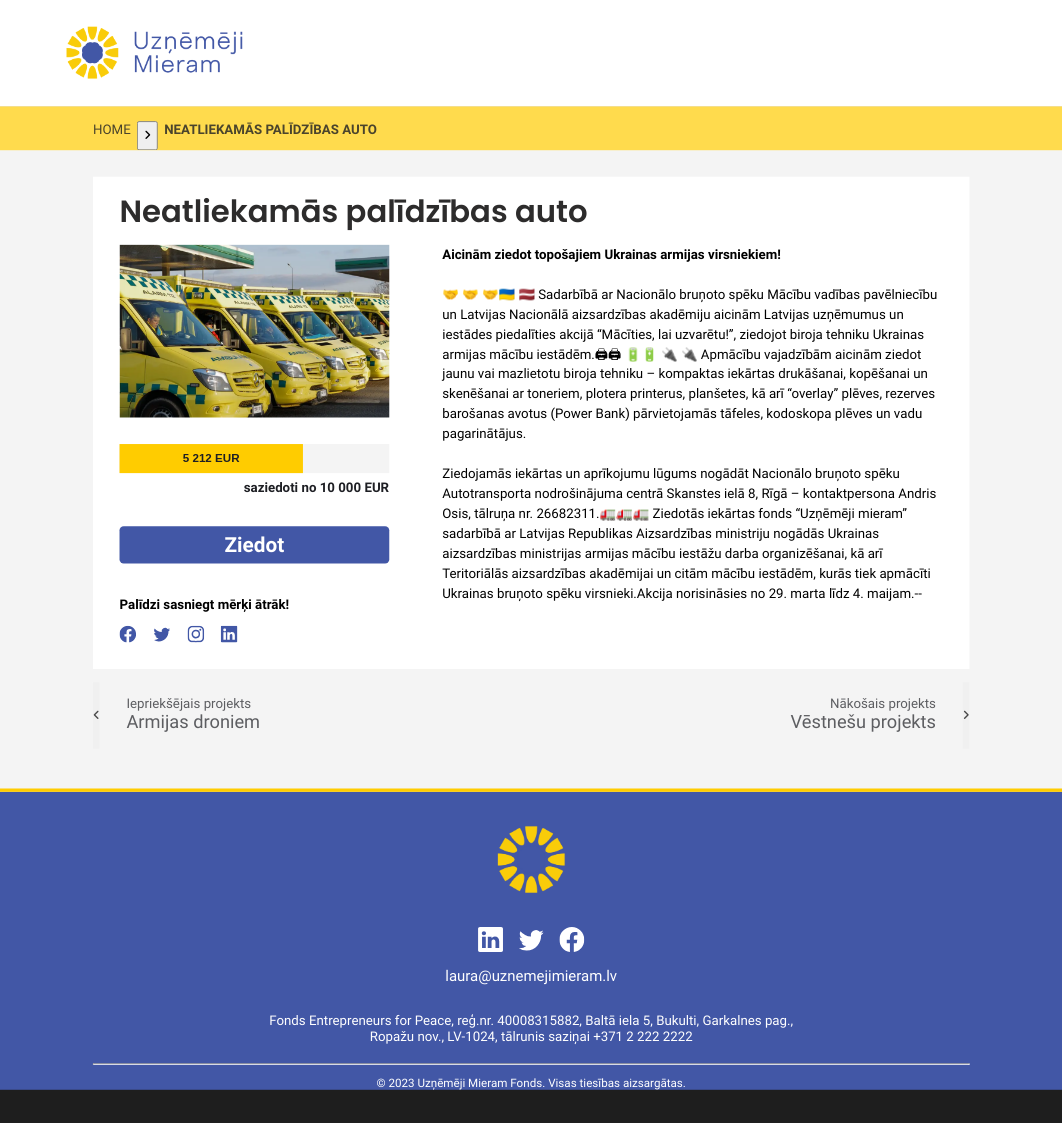
Repository: KatrinaPa/projekts11
Page: projekts-ambulances.html
These files come from the project's save history. The page is drawn as it stood at one moment and after the next save; the edit follows.
The browser window is 1280 px wide. The pictures show the whole page, at 83% of full size.

Above is the page before, as saved 2023-05-30 22:22:55.
Console error: TypeError: Cannot read properties of null (reading 'children')

### projekts-ambulances.html
<!DOCTYPE html>
<html lang="en">

<head>
    <meta charset="UTF-8">
    <meta http-equiv="X-UA-Compatible" content="IE=edge">
    <meta name="viewport" content="width=device-width, initial-scale=1.0">
    <title>Neatliekamās palīdzības auto</title>
    <link rel="preconnect" href="https://fonts.googleapis.com">
    <link rel="preconnect" href="https://fonts.gstatic.com" crossorigin>
    <link href="https://fonts.googleapis.com/css2?family=Poppins:wght@300;400;500;600;700&display=swap"
        rel="stylesheet">
    <link rel="preconnect" href="https://fonts.googleapis.com">
    <link rel="preconnect" href="https://fonts.gstatic.com" crossorigin>
    <link href="https://fonts.googleapis.com/css2?family=Poppins:wght@300;400;500;600&display=swap" rel="stylesheet">
    <link rel="stylesheet" href="./assets/main.css" />
    <link rel="stylesheet" href="./assets/projekti.css" />
    <link rel="stylesheet" href="https://cdnjs.cloudflare.com/ajax/libs/font-awesome/6.2.0/css/all.min.css" />
    <script src="assets/main.js" defer></script>
</head>

<body>
    <div class="panel">
        <header class="header">
            <nav class="navbar">
                <a href="sakums.html" id="project-nav-home"><img src="assets/images/UM_logo.png" alt="uznemejiMieram"
                        id="logo"></a>
                <div class="navigation">
                    <ul class="nav-menu">
                        <li class="nav-item"><a href="sakums.html" class="nav-link">Sākums</a></li>
                        <li class="nav-item"><a href="donate_projects.html" class="nav-link">Ziedot</a></li>
                    </ul>
                    <div class="hamburger">
                        <span class="bar"></span>
                        <span class="bar"></span>
                        <span class="bar"></span>
                    </div>
                </div>
            </nav>
        </header>
        <main>
            <section id="wrapper_project" class="section_project">
                <div class="project-nav">
                    <a href="sakums.html" id="project-nav-home">HOME</a>
                    <button class="project-nav-next">
                        <i id="right" class="fa-solid fa-angle-right"></i>
                    </button>
                    <p>NEATLIEKAMĀS PALĪDZĪBAS AUTO</p>
                </div>
                <div class="carousel_project">
                    <h1>Neatliekamās palīdzības auto</h1>
                    <div class="wrapper_donate_project">
                        <div class="donate_project-left">
                            <img src="assets/images/img_33.png" alt="">
                            <div class="thMeter_raised">
                                <div class="thMeter-wrapper">
                                    <button id="thMeter-proj-support">5 212 EUR</button>
                                    <p>saziedoti no 10 000 EUR</p>
                                </div>
                            </div>

                            <div class="btn_ziedot-project">
                                <a href="donate_Ukr-private-onetime.html" class="ziedot-proj"
                                    id="ziedot-proj-ambulances">Ziedot</a>
                            </div>
                            <div class="share">
                                <p>Palīdzi sasniegt mērķi ātrāk!</p>
                                <div>
                                    <svg xmlns="http://www.w3.org/2000/svg" width="20" height="20" fill="#4257A6"
                                        class="bi bi-facebook" viewBox="0 0 16 16">
                                        <path
                                            d="M16 8.049c0-4.446-3.582-8.05-8-8.05C3.58 0-.002 3.603-.002 8.05c0 4.017 2.926 7.347 6.75 7.951v-5.625h-2.03V8.05H6.75V6.275c0-2.017 1.195-3.131 3.022-3.131.876 0 1.791.157 1.791.157v1.98h-1.009c-.993 0-1.303.621-1.303 1.258v1.51h2.218l-.354 2.326H9.25V16c3.824-.604 6.75-3.934 6.75-7.951z" />
                                    </svg>
                                    <svg xmlns="http://www.w3.org/2000/svg" width="20" height="20" fill="#4257A6"
                                        class="bi bi-twitter" viewBox="0 0 16 16">
                                        <path
                                            d="M5.026 15c6.038 0 9.341-5.003 9.341-9.334 0-.14 0-.282-.006-.422A6.685 6.685 0 0 0 16 3.542a6.658 6.658 0 0 1-1.889.518 3.301 3.301 0 0 0 1.447-1.817 6.533 6.533 0 0 1-2.087.793A3.286 3.286 0 0 0 7.875 6.03a9.325 9.325 0 0 1-6.767-3.429 3.289 3.289 0 0 0 1.018 4.382A3.323 3.323 0 0 1 .64 6.575v.045a3.288 3.288 0 0 0 2.632 3.218 3.203 3.203 0 0 1-.865.115 3.23 3.23 0 0 1-.614-.057 3.283 3.283 0 0 0 3.067 2.277A6.588 6.588 0 0 1 .78 13.58a6.32 6.32 0 0 1-.78-.045A9.344 9.344 0 0 0 5.026 15z" />
                                    </svg>
                                    <svg xmlns="http://www.w3.org/2000/svg" width="20" height="20" fill="#4257A6"
                                        class="bi bi-instagram" viewBox="0 0 16 16">
                                        <path
                                            d="M8 0C5.829 0 5.556.01 4.703.048 3.85.088 3.269.222 2.76.42a3.917 3.917 0 0 0-1.417.923A3.927 3.927 0 0 0 .42 2.76C.222 3.268.087 3.85.048 4.7.01 5.555 0 5.827 0 8.001c0 2.172.01 2.444.048 3.297.04.852.174 1.433.372 1.942.205.526.478.972.923 1.417.444.445.89.719 1.416.923.51.198 1.09.333 1.942.372C5.555 15.99 5.827 16 8 16s2.444-.01 3.298-.048c.851-.04 1.434-.174 1.943-.372a3.916 3.916 0 0 0 1.416-.923c.445-.445.718-.891.923-1.417.197-.509.332-1.09.372-1.942C15.99 10.445 16 10.173 16 8s-.01-2.445-.048-3.299c-.04-.851-.175-1.433-.372-1.941a3.926 3.926 0 0 0-.923-1.417A3.911 3.911 0 0 0 13.24.42c-.51-.198-1.092-.333-1.943-.372C10.443.01 10.172 0 7.998 0h.003zm-.717 1.442h.718c2.136 0 2.389.007 3.232.046.78.035 1.204.166 1.486.275.373.145.64.319.92.599.28.28.453.546.598.92.11.281.24.705.275 1.485.039.843.047 1.096.047 3.231s-.008 2.389-.047 3.232c-.035.78-.166 1.203-.275 1.485a2.47 2.47 0 0 1-.599.919c-.28.28-.546.453-.92.598-.28.11-.704.24-1.485.276-.843.038-1.096.047-3.232.047s-2.39-.009-3.233-.047c-.78-.036-1.203-.166-1.485-.276a2.478 2.478 0 0 1-.92-.598 2.48 2.48 0 0 1-.6-.92c-.109-.281-.24-.705-.275-1.485-.038-.843-.046-1.096-.046-3.233 0-2.136.008-2.388.046-3.231.036-.78.166-1.204.276-1.486.145-.373.319-.64.599-.92.28-.28.546-.453.92-.598.282-.11.705-.24 1.485-.276.738-.034 1.024-.044 2.515-.045v.002zm4.988 1.328a.96.96 0 1 0 0 1.92.96.96 0 0 0 0-1.92zm-4.27 1.122a4.109 4.109 0 1 0 0 8.217 4.109 4.109 0 0 0 0-8.217zm0 1.441a2.667 2.667 0 1 1 0 5.334 2.667 2.667 0 0 1 0-5.334z" />
                                    </svg>
                                    <svg xmlns="http://www.w3.org/2000/svg" width="20" height="20" fill="#4257A6"
                                        class="bi bi-linkedin" viewBox="0 0 16 16">
                                        <path
                                            d="M0 1.146C0 .513.526 0 1.175 0h13.65C15.474 0 16 .513 16 1.146v13.708c0 .633-.526 1.146-1.175 1.146H1.175C.526 16 0 15.487 0 14.854V1.146zm4.943 12.248V6.169H2.542v7.225h2.401zm-1.2-8.212c.837 0 1.358-.554 1.358-1.248-.015-.709-.52-1.248-1.342-1.248-.822 0-1.359.54-1.359 1.248 0 .694.521 1.248 1.327 1.248h.016zm4.908 8.212V9.359c0-.216.016-.432.08-.586.173-.431.568-.878 1.232-.878.869 0 1.216.662 1.216 1.634v3.865h2.401V9.25c0-2.22-1.184-3.252-2.764-3.252-1.274 0-1.845.7-2.165 1.193v.025h-.016a5.54 5.54 0 0 1 .016-.025V6.169h-2.4c.03.678 0 7.225 0 7.225h2.4z" />
                                    </svg>
                                </div>
                            </div>
                        </div>
                        <div class="donate_project-right">
                            <button class="wrapper_btn-up top">
                                <i id="up" class="fa-solid fa-angle-up"></i>
                            </button>
                            <p><strong>Aicinām ziedot topošajiem Ukrainas armijas virsniekiem!</strong>
                                <br><br>
                                🤝 🤝 🤝🇺🇦 🇱🇻 Sadarbībā ar Nacionālo bruņoto spēku Mācību vadības
                                pavēlniecību un Latvijas Nacionālā aizsardzības akadēmiju aicinām
                                Latvijas
                                uzņēmumus un iestādes piedalīties akcijā “Mācīties, lai uzvarētu!”,
                                ziedojot
                                biroja tehniku Ukrainas armijas mācību iestādēm.🖨🖨 🔋🔋 🔌 🔌 Apmācību
                                vajadzībām aicinām ziedot jaunu vai mazlietotu biroja tehniku –
                                kompaktas
                                iekārtas drukāšanai, kopēšanai un skenēšanai ar toneriem, plotera
                                printerus,
                                planšetes, kā arī “overlay” plēves, rezerves barošanas avotus (Power
                                Bank)
                                pārvietojamās tāfeles, kodoskopa plēves un vadu pagarinātājus. <br><br>

                                Ziedojamās iekārtas un aprīkojumu lūgums nogādāt Nacionālo bruņoto spēku
                                Autotransporta nodrošinājuma centrā Skanstes ielā 8, Rīgā –
                                kontaktpersona
                                Andris Osis, tālruņa nr. 26682311.🚛🚛🚛 Ziedotās iekārtas fonds
                                “Uzņēmēji
                                mieram” sadarbībā ar Latvijas Republikas Aizsardzības ministriju nogādās
                                Ukrainas aizsardzības ministrijas armijas mācību iestāžu darba
                                organizēšanai, kā arī Teritoriālās aizsardzības akadēmijai un citām
                                mācību
                                iestādēm, kurās tiek apmācīti Ukrainas bruņoto spēku virsnieki.Akcija
                                norisināsies no 29. marta līdz 4. maijam.--
                            </p>
                            <button class="wrapper_btn-up bottom">
                                <i id="up" class="fa-solid fa-angle-up"></i>
                            </button>
                        </div>
                    </div>
                </div>
                <div class="to-project">
                    <div class="previous">
                        <button class="carousel_proj_btn carousel_proj_btn-left">
                            <i id="left" class="fa-solid fa-angle-left"></i>
                        </button>
                        <div>
                            <p>Iepriekšējais projekts</p>
                            <a href="projekts-drones.html" id="project-nav-drones">Armijas droniem</a>
                        </div>
                    </div>
                    <div class="next">
                        <div>
                            <p>Nākošais projekts</p>
                            <a href="projekts-ambassadors.html" id="project-nav-ambassadors">Vēstnešu projekts</a>
                        </div>
                        <button class="carousel_proj_btn carousel_proj_btn-right">
                            <i id="right" class="fa-solid fa-angle-right"></i>
                        </button>
                    </div>
                </div>
                <div class="yellow-bottom"></div>
            </section>
        </main>
    </div>
    <footer>
        <div class="about">
            <img src="assets/images/UM_simbols.png" alt="uznemejiMieram">
            <div class="social">
                <svg xmlns="http://www.w3.org/2000/svg" width="30" height="30" fill="#ffffff" class="bi bi-linkedin"
                    viewBox="0 0 16 16">
                    <path
                        d="M0 1.146C0 .513.526 0 1.175 0h13.65C15.474 0 16 .513 16 1.146v13.708c0 .633-.526 1.146-1.175 1.146H1.175C.526 16 0 15.487 0 14.854V1.146zm4.943 12.248V6.169H2.542v7.225h2.401zm-1.2-8.212c.837 0 1.358-.554 1.358-1.248-.015-.709-.52-1.248-1.342-1.248-.822 0-1.359.54-1.359 1.248 0 .694.521 1.248 1.327 1.248h.016zm4.908 8.212V9.359c0-.216.016-.432.08-.586.173-.431.568-.878 1.232-.878.869 0 1.216.662 1.216 1.634v3.865h2.401V9.25c0-2.22-1.184-3.252-2.764-3.252-1.274 0-1.845.7-2.165 1.193v.025h-.016a5.54 5.54 0 0 1 .016-.025V6.169h-2.4c.03.678 0 7.225 0 7.225h2.4z" />
                </svg>
                <svg xmlns="http://www.w3.org/2000/svg" width="30" height="30" fill="#ffffff" class="bi bi-twitter"
                    viewBox="0 0 16 16">
                    <path
                        d="M5.026 15c6.038 0 9.341-5.003 9.341-9.334 0-.14 0-.282-.006-.422A6.685 6.685 0 0 0 16 3.542a6.658 6.658 0 0 1-1.889.518 3.301 3.301 0 0 0 1.447-1.817 6.533 6.533 0 0 1-2.087.793A3.286 3.286 0 0 0 7.875 6.03a9.325 9.325 0 0 1-6.767-3.429 3.289 3.289 0 0 0 1.018 4.382A3.323 3.323 0 0 1 .64 6.575v.045a3.288 3.288 0 0 0 2.632 3.218 3.203 3.203 0 0 1-.865.115 3.23 3.23 0 0 1-.614-.057 3.283 3.283 0 0 0 3.067 2.277A6.588 6.588 0 0 1 .78 13.58a6.32 6.32 0 0 1-.78-.045A9.344 9.344 0 0 0 5.026 15z" />
                </svg>
                <svg xmlns="http://www.w3.org/2000/svg" width="30" height="30" fill="#ffffff" class="bi bi-facebook"
                    viewBox="0 0 16 16">
                    <path
                        d="M16 8.049c0-4.446-3.582-8.05-8-8.05C3.58 0-.002 3.603-.002 8.05c0 4.017 2.926 7.347 6.75 7.951v-5.625h-2.03V8.05H6.75V6.275c0-2.017 1.195-3.131 3.022-3.131.876 0 1.791.157 1.791.157v1.98h-1.009c-.993 0-1.303.621-1.303 1.258v1.51h2.218l-.354 2.326H9.25V16c3.824-.604 6.75-3.934 6.75-7.951z" />
                </svg>
            </div>
            <div class="contacts">
                <p>laura@uznemejimieram.lv</p>
                <p>Fonds Entrepreneurs for Peace, reģ.nr. 40008315882, Baltā iela 5, Bukulti, Garkalnes pag., Ropažu
                    nov., LV-1024, tālrunis saziņai +371 2 222 2222</p>
            </div>
        </div>
        <div class="copy">
            <hr>
            <p>© 2023 Uzņēmēji Mieram Fonds. Visas tiesības aizsargātas.</p>
        </div>
    </footer>
    </div>

</body>

</html>

### assets/projekti.css
#wrapper_project {
    background-color: #f4f4f4;
    font-family: 'Roboto';
}

.section_project {}

h1 {
    font-size: 37px;
    line-height: 50px;
}

.project-nav {
    display: flex;
    flex-direction: row;
    gap: 0.5rem;
    padding: 1.1rem 7rem 0 7rem;
    background-color: #FFDB4D;
}

.project-nav a {
    text-decoration: none;
    color: #1E1F24;
    font-size: 16px;
    font-weight: 400;
    opacity: 80%;
}

.project-nav a:hover {
    font-weight: 600;
    cursor: pointer;
    opacity: 100%;
}

.project-nav p {
    text-decoration: none;
    color: #1E1F24;
    font-size: 16px;
    font-weight: 600;
    margin-block-start: 0;
    opacity: 80%;
}

.carousel_project {
    position: relative;
    background-color: #ffffff;
    margin: 2rem 7rem 2rem 7rem;
}

.carousel_proj_btn {
    height: 100%;
    margin-top: -1rem;
    padding: 0;
    border: 0;
}

.donate_project-left img {
    width: 100%;
    height: 13rem;
    object-fit: cover;
}

.wrapper_donate_project {
    display: flex;
    flex-direction: row;
    transition: transform 0ms ease-in;
}

.carousel_project h1 {
    padding: 1rem 0 1rem 2rem;
}

.donate_project-left {
    display: flex;
    flex-direction: column;
    width: 35%;
    margin: 0 0 2rem 2rem;
}

.donate_project-right {
    width: 65%;
    height: 100%;
    margin: 0rem 2rem 2rem 4rem;
    margin-block-start: 0;
}

.donate_project-right p {
    margin-block-start: 0;
    line-height: 24px;
    font-size: 16px;
}

.wrapper_project_donate i {
    position: absolute;
    cursor: pointer;
    font-size: 20px;
    color: rgba(0, 0, 0, 0.7);
}

.wrapper_btn-up {
    border-style: none;
    background: none;
    order: 2;
    grid-column: 1/-1;
    display: flex;
    justify-content: flex-end;
}

.wrapper_project_donate p {
    margin: 0;
    grid-column: 1/-1;
}

.thMeter-wrapper {
    width: 100%;
    background-color: #f4f4f4;
}

#thMeter-proj-support,
#thMeter-proj-cars,
#thMeter-proj-drones,
#thMeter-proj-npa,
#thMeter-proj-ambassadors,
#thMeter-proj-xbank {
    background-color: #ffcc00;
    color: #1E1F24;
    font-size: 14px;
}

.thMeter_raised p {
    text-align: right;
    color: #1E1F24;
}

.btn_ziedot-project {
    margin-top: 4rem;
}

.share {
    font-size: 16px;
    font-weight: 600;
    margin-top: 1.5rem;
}

.share div {
    display: flex;
    gap: 1.3rem;
}

.to-project {
    display: flex;
    flex-direction: row;
    justify-content: space-between;
    height: 5rem;
    font-size: 16px;
    color: #1E1F24;
    opacity: 70%;
    margin: 2rem 7rem 2rem 7rem;
}


.to-project:hover {
    opacity: 100%;
    cursor: pointer;
}

.previous {
    display: flex;
    flex-direction: row;
    gap: 1rem;
}

.previous div {
    margin-left: 1rem;
}

.previous p,
.next p {
    margin-block-end: 0;
    margin-block-start: 0;
}

#project-nav-xbanka,
#project-nav-cars,
#project-nav-ambulances,
#project-nav-donate,
#project-nav-drones,
#project-nav-ambassadors {
    color: #1E1F24;
    font-size: 22px;
    text-decoration: none;
    font-weight: 400;
}

#project-nav-xbanka:hover,
#project-nav-cars:hover,
#project-nav-ambulances:hover,
#project-nav-donate:hover,
#project-nav-drones:hover,
#project-nav-ambassadors:hover {
    font-weight: 600;
}

.next {
    display: flex;
    flex-direction: row;
    gap: 1rem;
}

.next div {
    margin-right: 1rem;
    display: flex;
    flex-direction: column;
    align-items: flex-end;
    text-align: right;
}

.yellow-bottom {
    height: 0.25rem;
    background-color: #ffcc00;
}

@media (min-width: 1280px) {

    .wrapper_thMeter_img {
        width: 32%;
        height: 30rem;
    }

    .wrapper_project_donate {
        width: 68%;
    }
}

@media screen and (max-width: 1279px) {

    .section_project {
        padding: 0;
        margin: 0;
    }

    .project-nav {
        padding: 1.1rem 2rem 0 5rem;
    }

    .wrapper_donate_project {
        display: flex;
        flex-direction: row;
    }

    .donate_project-right {
        margin: 0rem 2rem 2rem 2rem;
    }

    .carousel_project {
        margin: 0px 5rem;
    }

    .carousel_proj_btn i {
        font-size: 33px;
    }

    .wrapper_thMeter_img {
        margin: 0.5rem 2rem 0.5rem 2rem;
    }

    .wrapper_thMeter_img img {
        width: 50%;
        height: 10rem;
    }

    .wrapper_project_donate {
        margin: 0.5rem 2rem 2rem 2rem;
    }

    .wrapper_project_donate p {
        padding-bottom: 2rem;
    }

    .thMeter-btn {
        width: 19rem;
    }

    #share {
        font-size: 18px;
    }

    .thMeter-btn {
        width: 16rem;
    }

    .to-project {
        margin: 2rem;
    }
}

@media screen and (min-width: 701px) {
    .wrapper_btn-up {
        display: none;
    }
}

@media screen and (max-width: 700px) {
    .panel {
        max-width: 480px;
    }

    #wrapper_project {}

    .section_project {
        padding-bottom: 0;
    }

    .project-nav {
        padding: 1.1rem 2rem 0 2rem;
    }

    .carousel_project {
        margin: 0;
        padding: 2rem;
    }

    .carousel_project h1 {
        padding: 1rem 0;
        font-size: 47px;
        line-height: 52px;
    }

    .wrapper_donate_project {
        display: flex;
        flex-direction: column;
    }

    .donate_project-left,
    .donate_project-right {
        width: 100%;
        margin: 0;
    }

    .donate_project-right {
        margin-top: 0.5rem;
    }

    .btn_ziedot-project {
        margin-top: 3rem;
    }

    .share {
        display: flex;
        flex-direction: row-reverse;
        justify-content: center;
        align-items: center;
        gap: 1rem;
    }

    .wrapper_thMeter_img {
        padding: 0;
    }

    .wrapper_thMeter_img p {
        display: none;
    }

    .wrapper_donate_project h1 {
        font-size: 24px;
        padding: 2rem 0 0 3rem;
    }

    .wrapper_project_donate {
        padding: 0;
        display: grid;
        grid-gap: 0.5rem;
        margin: 0.5rem 2rem 1rem 2rem
    }

    .wrapper_project_donate i {
        font-size: 22px;
        color: rgba(0, 0, 0, 0.5);
    }

    .wrapper_thMeter_img img {
        width: 100%;
        height: 15rem;
    }

    #thMeter {
        width: 100%;
        margin: 0.3rem 0 0.7rem 0;
    }

    .thMeter-btn {
        width: 22rem;
    }

    .wrapper_btn-up.top {
        margin: 1rem 0;
    }

    .wrapper_btn-up.bottom {
        margin: 1rem 0;
    }

    .wrapper_project_donate p {
        order: 3;
        padding: 1rem 0;
    }

    .to-project {
        margin: 1rem 0 2rem 0;
    }

}

Loaded but not shown: assets/main.js (97 lines, source omitted); assets/main.css (1929 lines, source omitted)

After the next save:
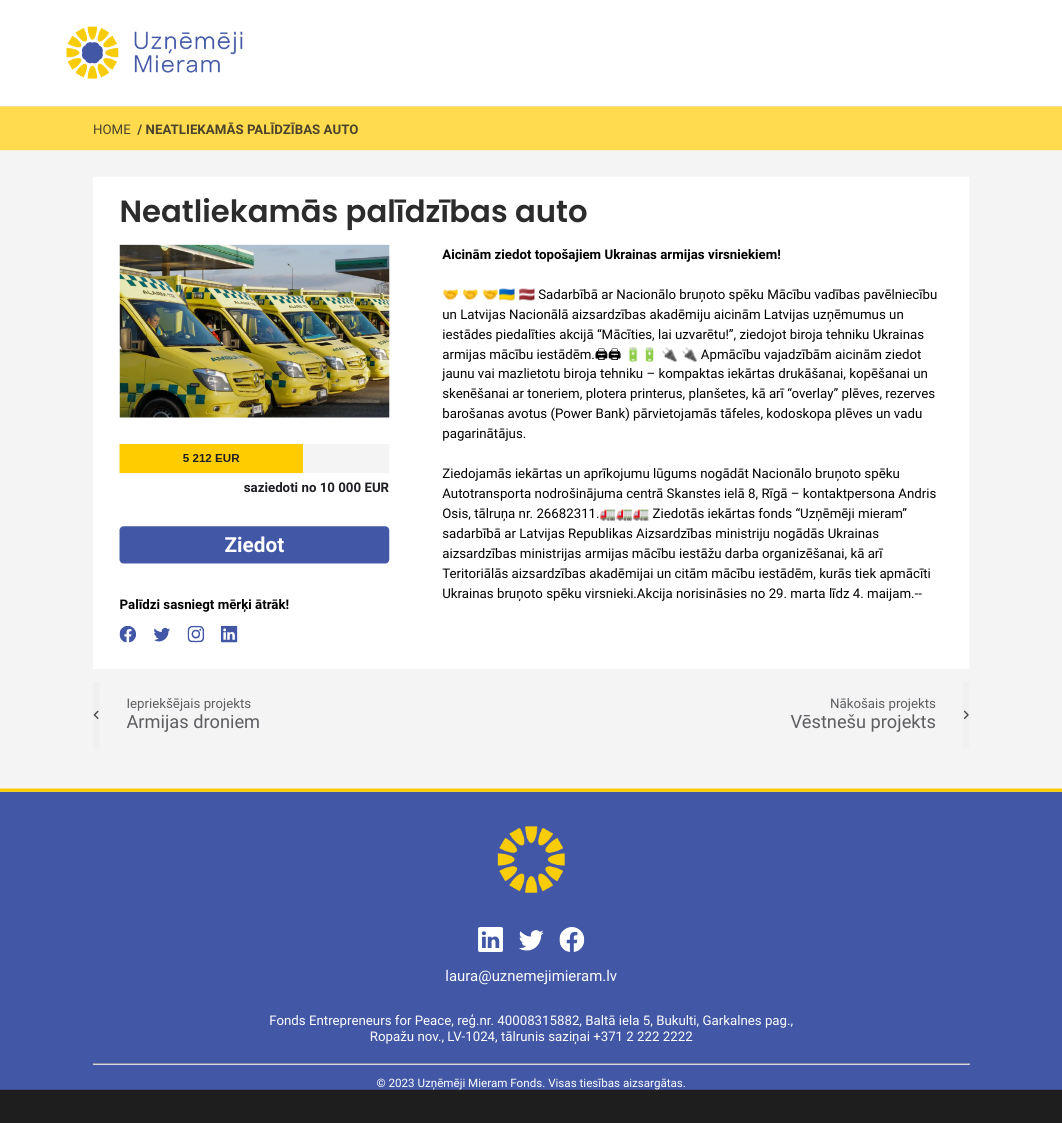
Saved 28 s later.
--- a/projekts-ambulances.html
+++ b/projekts-ambulances.html
@@ -42,10 +42,7 @@
             <section id="wrapper_project" class="section_project">
                 <div class="project-nav">
                     <a href="sakums.html" id="project-nav-home">HOME</a>
-                    <button class="project-nav-next">
-                        <i id="right" class="fa-solid fa-angle-right"></i>
-                    </button>
-                    <p>NEATLIEKAMĀS PALĪDZĪBAS AUTO</p>
+                    <p>/ NEATLIEKAMĀS PALĪDZĪBAS AUTO</p>
                 </div>
                 <div class="carousel_project">
                     <h1>Neatliekamās palīdzības auto</h1>
